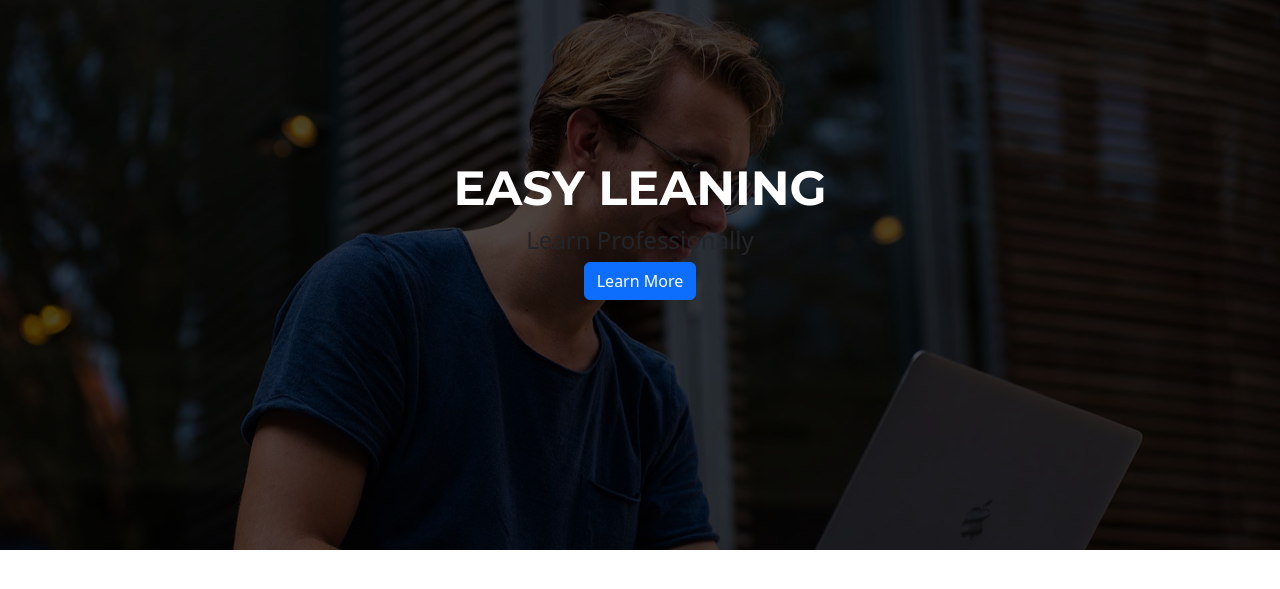
Repository: masamichan/free_video_app
Page: /
An editor plug-in stored every save of this project. The page is shown before and after the next save, followed by the edit.
The browser window is 1280 px wide. The pictures show the whole page.
The project was rebuilt for these pictures with package versions that can differ from the ones it lists, and the page was loaded fresh each time.

Above is the page before, as saved 2023-01-21 15:11:00.

After the next save:
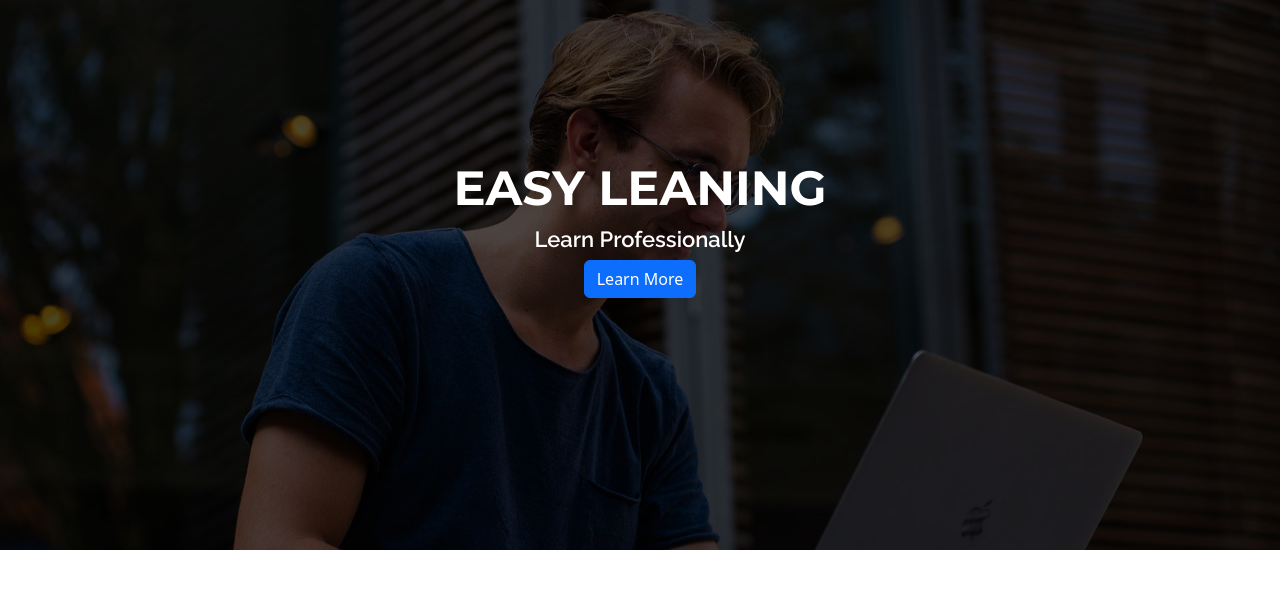
Saved 3 min 27 s later.
--- a/src/asset/css/custom.css
+++ b/src/asset/css/custom.css
@@ -23,3 +23,10 @@
   color: #ffffff;
   font-size: 48px;
 }
+
+.topSubTitle {
+  font-family: "Raleway", san-serif;
+  font-weight: 600;
+  color: #ffffff;
+  font-size: 22px;
+}
